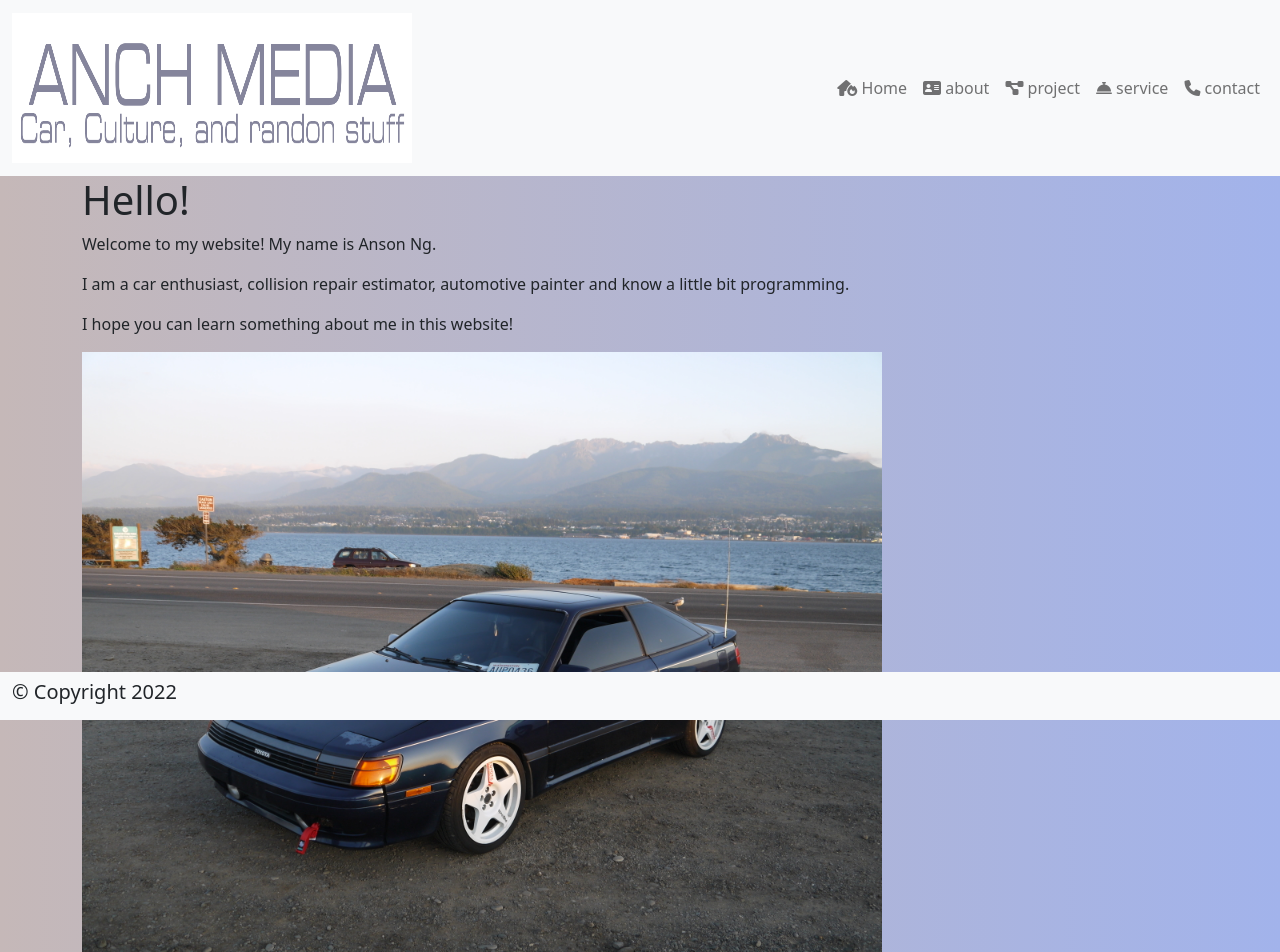
Repository: justhumanmaybe/assignment2
Page: http://localhost/
The author's editor kept a copy of each file at every save. The page is drawn from the files as they stood at one save, then again after the next save.
The browser window is 1280 px wide. The pictures show the whole page.
The page is served by the project's Node server (server.js).

Above is the page before, as saved 2022-06-20 17:47:45.

After the next save:
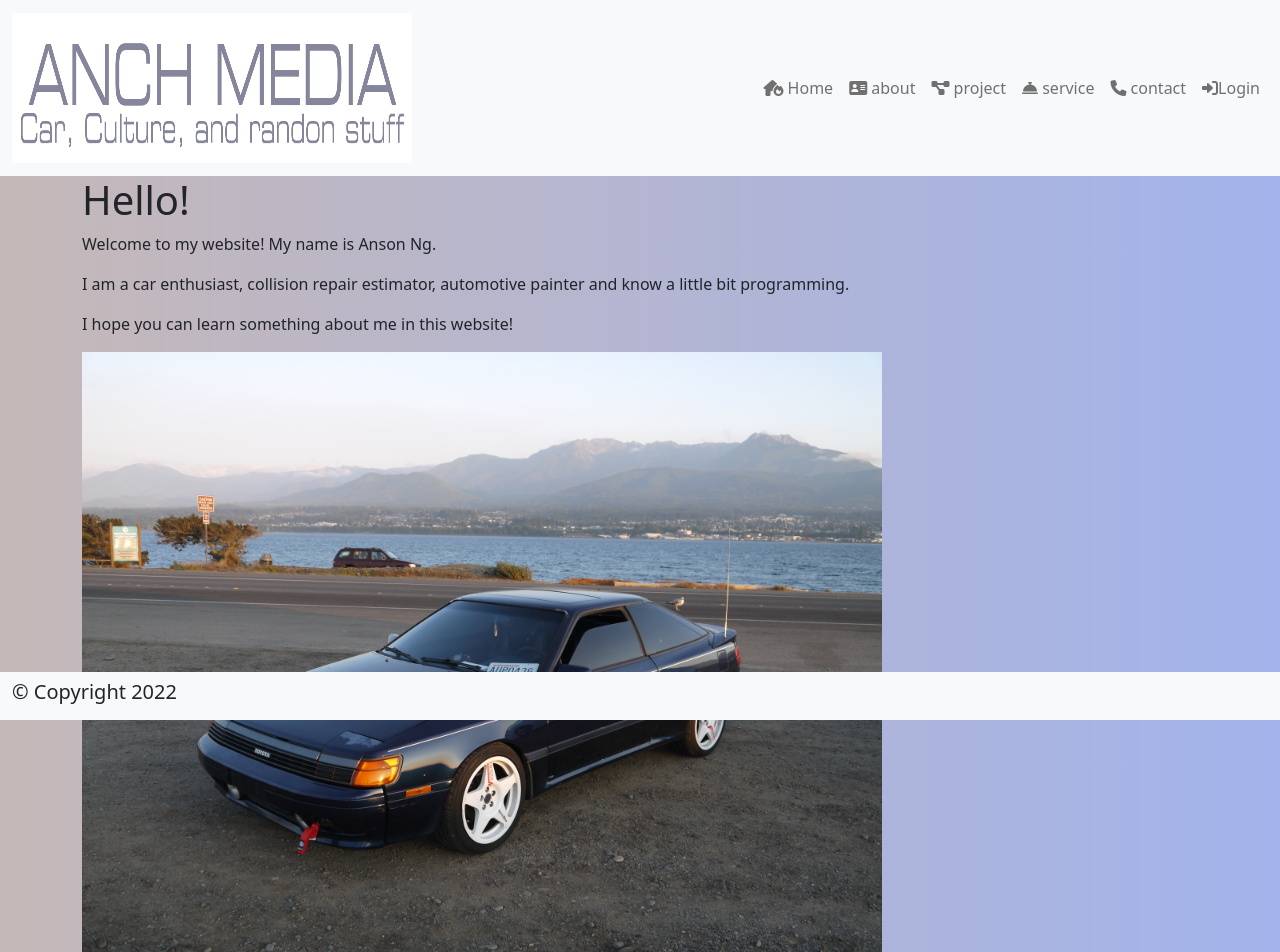
Saved 2 min 13 s later.
--- a/Server/Views/components/header.ejs
+++ b/Server/Views/components/header.ejs
@@ -22,6 +22,10 @@
           <li class="nav-item">
             <a class="nav-link" aria-current="page" href="/contact"><i class="fa-solid fa-phone"></i> contact</a>
           </li>
+          <li class="nav-item">
+            <a class="nav-link" aria-current="page" href="/login"><i class="fa-solid fa-right-to-bracket"></i>Login</a>
+          </li>
+
 
 
 
